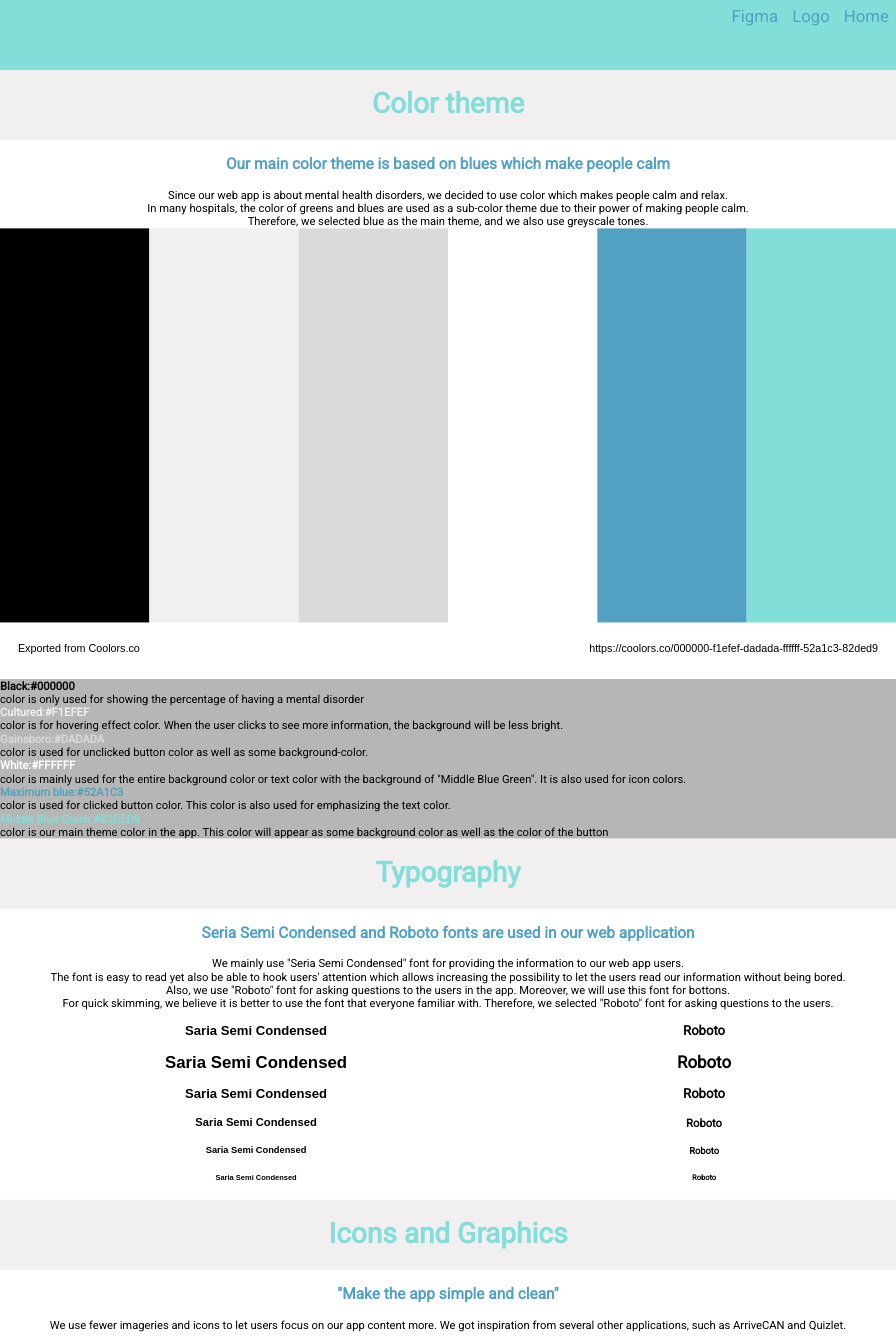
Repository: zzs1/style-guide
Page: style guide/Chisaki_styleGuide_part2/index.html
An editor plug-in stored every save of this project. The page is shown before and after a run of saves, followed by the edit.
The browser window is 1280 px wide. The pictures show the part of the page from y = 0 to 1920 px (the page is 2642 px tall before and 2592 px after), at 70% of full size.
Some web fonts or font styles are not loaded; a fallback is used.

Above is the page before, as saved 2021-03-23 21:08:29.

### style guide/Chisaki_styleGuide_part2/index.html
<!DOCTYPE html>
<html lang="en">
<head>
  <meta charset="UTF-8">
  <meta name="viewport" content="width=device-width, initial-scale=1.0">
  <title>Style guide - Colour Palette & Typography, Imagery, Graphics -</title>
  <link href ="style.css" rel="stylesheet" />
  <link href="https://fonts.googleapis.com/css2?family=Saira+Semi+Condensed:wght@500&display=swap" rel="stylesheet">
  <link href="https://fonts.googleapis.com/css2?family=Roboto&display=swap" rel="stylesheet">
</head>
<body>
  <header>
    <div class=header>
      <nav>
        <ul>
          <li><a href="../index.html">Home</a></li>
          <li><a href="../Joyce_styleGuide_part1 /mainpage.html">Logo</a></li>
          <li><a href="../style_guide_Shin_part03/index.html">Figma</a></li>
        </ul>
      </nav>
    </div>
  </header>
  <div id="main">
    <article>
      <!--Color theme section starts-->
      <section>
        <div class="title"><h1>Color theme</h1></div>
        <h3 class="subtitle">Our main color theme is based on blues which make people calm</h3>
        <p>
          Since our web app is about mental health disorders, we decided to use color which makes people calm and relax.<br>
          In many hospitals, the color of greens and blues are used as a sub-color theme due to their power of making people calm.<br>
          Therefore, we selected blue as the main theme, and we also use greyscale tones.
        </p>
        <div id="colorbox">
          <img src="palette.svg" alt="color pallette">
          <div class="colorpallet">
            <div class="black" style="background-color: #000000;"></div>
            <div class="cultured" style="background-color: #F1EFEF;"></div>
            <div class="gainsboro" style="background-color: #DADADA;"></div>
            <div class="white" style="background-color: #FFFFFF;"></div>
            <div class="blue" style="background-color: #52A1C3;"></div>
            <div class="blue_green" style="background-color: #82DED9;"></div>
          </div>
          <p style="background-color: rgb(183, 182, 182); text-align: left; display: flex; flex-direction: column;">
            <strong style="color:#000000;">Black:#000000</strong> color is only used for showing the percentage of having a mental disorder<br>
            <strong style="color:#F1EFEF;">Cultured:#F1EFEF</strong> color is for hovering effect color. When the user clicks to see more information, the background will be less bright.<br>
            <strong style="color:#DADADA;">Gainsboro:#DADADA</strong> color is used for unclicked button color as well as some background-color.<br>
            <strong style="color:#FFFFFF;">White:#FFFFFF</strong> color is mainly used for the entire background color or text color with the background of "Middle Blue Green". It is also used for icon colors.<br>
            <strong style="color:#52A1C3;">Maximum blue:#52A1C3</strong> color is used for clicked button color. This color is also used for emphasizing the text color.<br>
            <strong style="color:#82DED9;">Middle Blue Green:#82DED9</strong> color is our main theme color in the app. This color will appear as some background color as well as the color of the button<br>
          </p>
        </div>
      </section>

      <!--typography section starts-->
      <section id="typo">
        <div class="title"><h1>Typography</h1></div>
        <h3 class="subtitle">
          Seria Semi Condensed and Roboto fonts are used in our web application
        </h3>
        <p>
          We mainly use "Seria Semi Condensed" font for providing the information to our web app users.<br>
          The font is easy to read yet also be able to hook users' attention which allows increasing the possibility to let the users read our information without being bored. <br>
          Also, we use "Roboto" font for asking questions to the users in the app. Moreover, we will use this font for bottons.<br>
          For quick skimming, we believe it is better to use the font that everyone familiar with. Therefore, we selected "Roboto" font for asking questions to the users.
        </p>
        <div class="typobox">
          <div id="saria">
            <h1>Saria Semi Condensed</h1>
            <h2>Saria Semi Condensed</h2>
            <h3>Saria Semi Condensed</h3>
            <h4>Saria Semi Condensed</h4>
            <h5>Saria Semi Condensed</h5>
            <h6>Saria Semi Condensed</h6>
          </div>

          <div id="roboto">
            <h1>Roboto</h1>
            <h2>Roboto</h2>
            <h3>Roboto</h3>
            <h4>Roboto</h4>
            <h5>Roboto</h5>
            <h6>Roboto</h6>
          </div>

        </div>
      </section>

      <!--icon section starts-->
      <section>
        <div class="title"><h1>Icons and Graphics</h1></div>
        <h3 class="subtitle">
          "Make the app simple and clean"
        </h3>
        <p>
          We use fewer imageries and icons to let users focus on our app content more. We got inspiration from several other applications, such as ArriveCAN and Quizlet.
        </p>
        <div id="iconbox">
          <h4 class="subtitle">Icons</h4>
          <div class="imgcontainer">
          <img src="back.svg" alt="back home arrow" width="50px" height="50px" />
          <img src="home_white.png" alt="home icon" width="50px" height="50px" />
          <img src="settings.svg" alt="settings" width="50px" height="50px" />
        </div>
        </div>
        <div id="graphicbox">
          <h4 style="font-size:22px; color:#FFFFFF; margin:0;">Graphics</h4>
          <div class="imgcontainer">
            <img src="about.jpg" alt="about page graphics" width="200px" height="150px">
            <img src="reference.svg" alt="reference page graphics" width="200px" height="150px">
            <img src="test.jpg" alt="test page graphics" width="200px" height="150px">
            <img src="result.svg" alt="result page graphics" width="200px" height="150px">
            <img src="suggestion.jpg" alt="suggestion page graphics" width="200px" height="150px">
            <img src="help.svg" alt="helpline page graphics" width="200px" height="150px">
            <img src="humanbody.png" alt="humanbody page graphics" width="200px" height="300px">
            <img src="suggestion_img.png" alt="suggestion page graphics" width="200px" height="300px">
          </div>
        </div>
      </section>
  </article>
  </div>
</body>
</html>

### style guide/Chisaki_styleGuide_part2/style.css
body, html{
  margin:0;
  text-align:center;
  font-family: 'Roboto', sans-serif;
}
.header{
  margin:0;
  height:100px;
  background-color:#82DED9;
}
ul{
  margin:0;
  list-style: none;
}
li{
  color:#FFFFFF;
  float:right;
  margin:10px;
  font-size:24px;

}
a{
  text-decoration: none;
  color:#52A1C3;
}
a:hover{
  color:#FFFFFF;
}
p{
  margin:0;
}
.title{
  display: flex;
  flex-direction: column;
  height:100px;
  background-color: #F1EFEF;
  margin:0;
}

.title > h1{
  margin:25px;
  font-size:40px;
  color:#82DED9;

}

.subtitle {
  font-size:22px;
  color:#52A1C3;
}

.typobox{
  display:flex;

}
#saria {
  font-family: 'Saira Semi Condensed', sans-serif;
  flex-grow: 1;

}
#roboto {
  font-family: 'Roboto', sans-serif;
  flex-grow: 1;
}
#iconbox {
  background-color: #82DED9;
}

#imgcontainer {
  display:flex;
  justify-content: center;
}
.imgcontainer > img {
  margin:20px;
}
#graphicbox {
  background-color:#52A1C3;
}

After the next 3 saves:
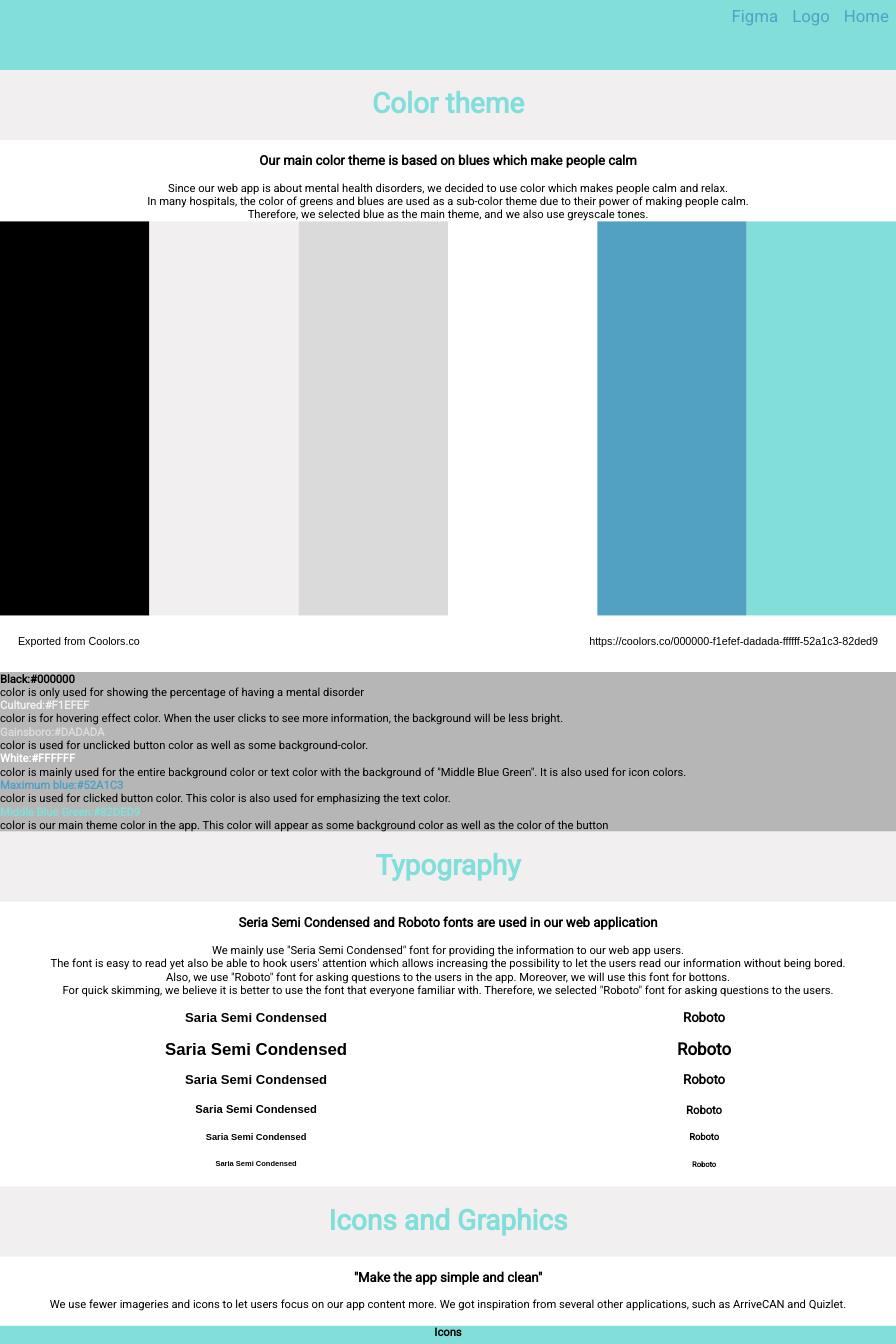
The 3 saves are shown as one change because they came seconds apart.
The last was saved 26 s later.
--- a/style guide/Chisaki_styleGuide_part2/style.css
+++ b/style guide/Chisaki_styleGuide_part2/style.css
@@ -43,7 +43,7 @@
   color:#82DED9;
 
 }
-
+.colorpa
 .subtitle {
   font-size:22px;
   color:#52A1C3;

After the save that followed:
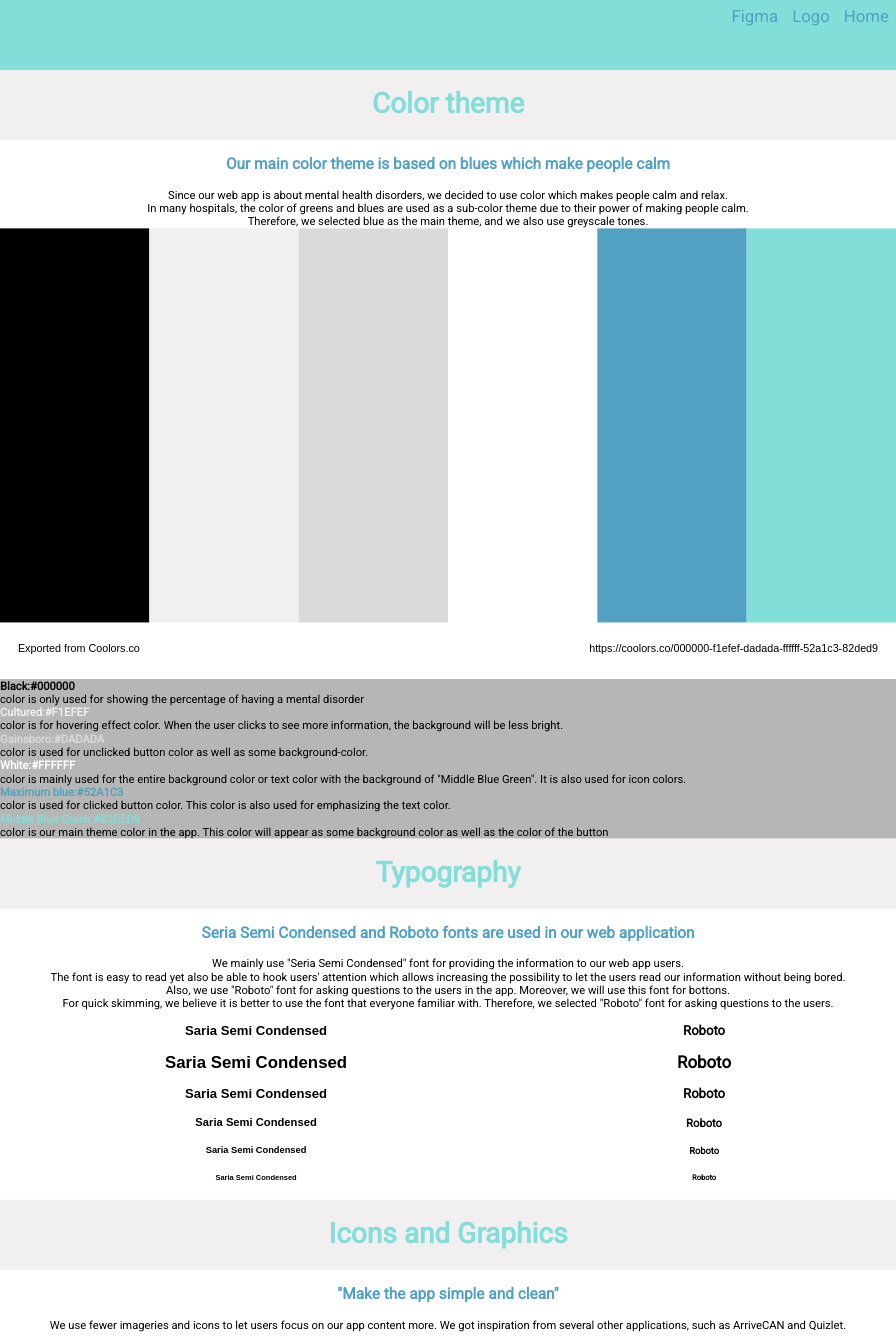
Saved 5 s later.
--- a/style guide/Chisaki_styleGuide_part2/style.css
+++ b/style guide/Chisaki_styleGuide_part2/style.css
@@ -43,7 +43,9 @@
   color:#82DED9;
 
 }
-.colorpa
+.colorpallet{
+
+}
 .subtitle {
   font-size:22px;
   color:#52A1C3;
